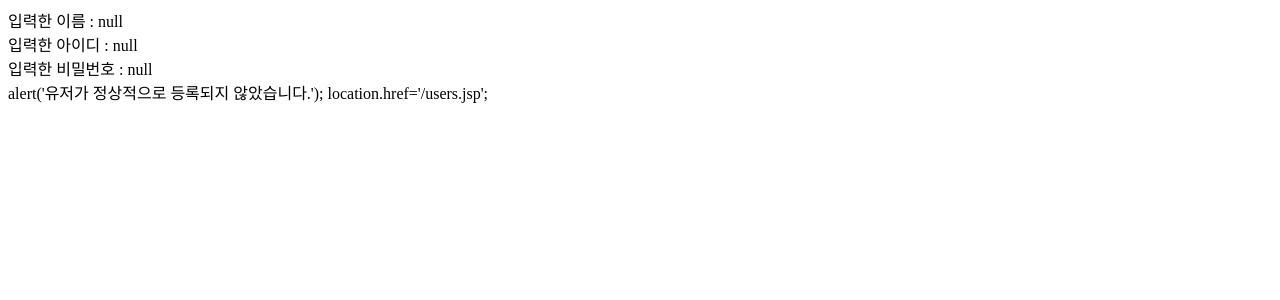
Repository: Luho0113/SpringBootStudy
Page: http://localhost/web/user-update-ok.jsp
These files come from the project's save history. The page is drawn as it stood at one moment and after the next save; the edit follows.
The browser window is 1280 px wide. The pictures show the whole page.
The page is served by Tomcat 9. Other server files are loaded and not shown.

Above is the page before, as saved 2023-05-04 04:10:00.

### web/src/main/webapp/user-update-ok.jsp
<%@page import="java.sql.ResultSet"%>
<%@page import="com.web.common.DBCon"%>
<%@page import="java.sql.Connection"%>
<%@page import="java.sql.PreparedStatement"%>
<%@ page language="java" contentType="text/html; charset=UTF-8"
	pageEncoding="UTF-8"%>

<%
String uiName = request.getParameter("uiName");
String uiId = request.getParameter("uiId");
String uiPwd = request.getParameter("uiPwd");
%>

입력한 이름 :
<%=uiName%>
<br>
입력한 아이디 :
<%=uiId%>
<br>
입력한 비밀번호 :
<%=uiPwd%>
<br>


<%
Connection con = DBCon.getCon();
String sql = "INSERT INTO USER_INFO(UI_NAME, UI_ID, UI_PWD)";

sql += " VALUES(CONCAT(?, ?, ?))";

PreparedStatement pstmt = con.prepareStatement(sql);
pstmt.setString(1, uiName);
pstmt.setString(2, uiId);
pstmt.setString(3, uiPwd);

int result = pstmt.executeUpdate();
if (result == 1) {
%>
	alert('유저가 정상적으로 등록되었습니다.');
	location.href='/users.jsp';
<%
} else {
%>
	alert('유저가 정상적으로 등록되지 않았습니다.');
	location.href='/users.jsp';
<% } %>

### web/src/main/java/com/web/common/DBCon.java
package com.web.common;

import java.sql.Connection;
import java.sql.DriverManager;

public class DBCon {
	//DB 연결 전용 메소드를 생성함
	//예외 처리가 필요함 (jsp는 자체적으로 예외처리가 되지만 자바파일은 안됨)

	public static Connection getCon() {

		Connection con = null; //커넥션 준비
		try {

			Class.forName("com.mysql.cj.jdbc.Driver"); //jdbc 준비 ex)유심장착

			String url = "jdbc:mysql://localhost/nothing"; //ex) 전화번호
			String id = "root";
			String pwd = "1234";

			con = DriverManager.getConnection(url, id, pwd);

		} catch (Exception e) {
			e.printStackTrace();
		}

		return con;
	}
}

After the next save:
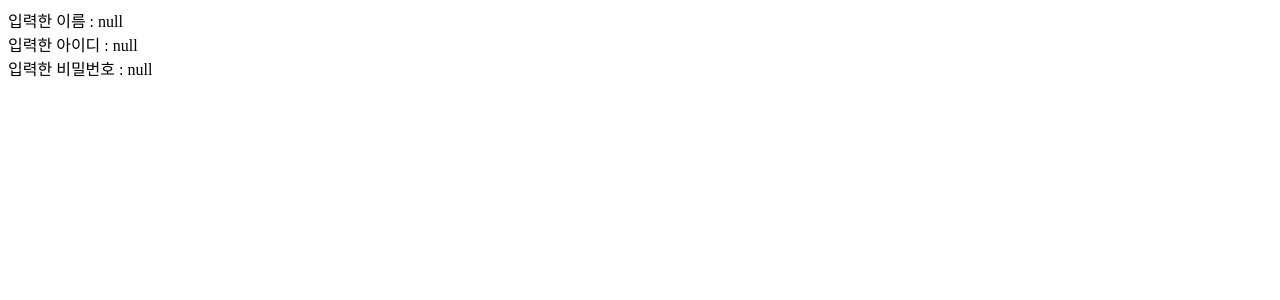
Saved 53 min 3 s later.
--- a/web/src/main/webapp/user-update-ok.jsp
+++ b/web/src/main/webapp/user-update-ok.jsp
@@ -33,14 +33,4 @@
 pstmt.setString(2, uiId);
 pstmt.setString(3, uiPwd);
 
-int result = pstmt.executeUpdate();
-if (result == 1) {
 %>
-	alert('유저가 정상적으로 등록되었습니다.');
-	location.href='/users.jsp';
-<%
-} else {
-%>
-	alert('유저가 정상적으로 등록되지 않았습니다.');
-	location.href='/users.jsp';
-<% } %>

After the save that followed:
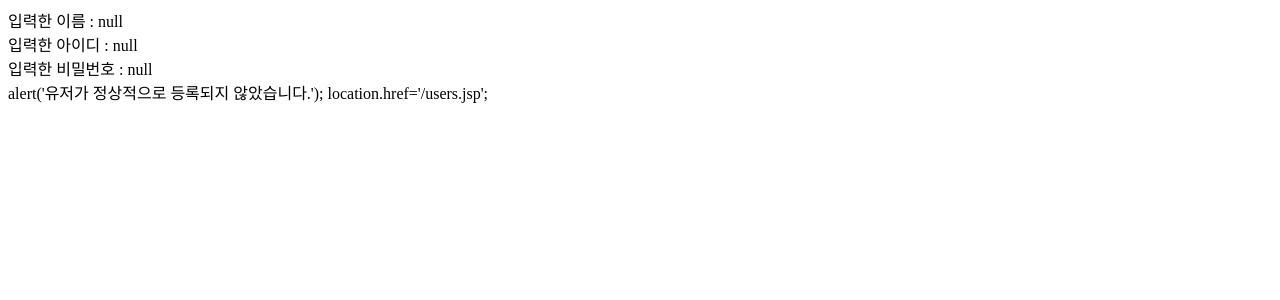
Saved 2 min 33 s later.
--- a/web/src/main/webapp/user-update-ok.jsp
+++ b/web/src/main/webapp/user-update-ok.jsp
@@ -33,4 +33,14 @@
 pstmt.setString(2, uiId);
 pstmt.setString(3, uiPwd);
 
+int result = pstmt.executeUpdate();
+if (result == 1) {
 %>
+	alert('유저가 정상적으로 등록되었습니다.');
+	location.href='/users.jsp';
+<%
+} else {
+%>
+	alert('유저가 정상적으로 등록되지 않았습니다.');
+	location.href='/users.jsp';
+<% } %>
